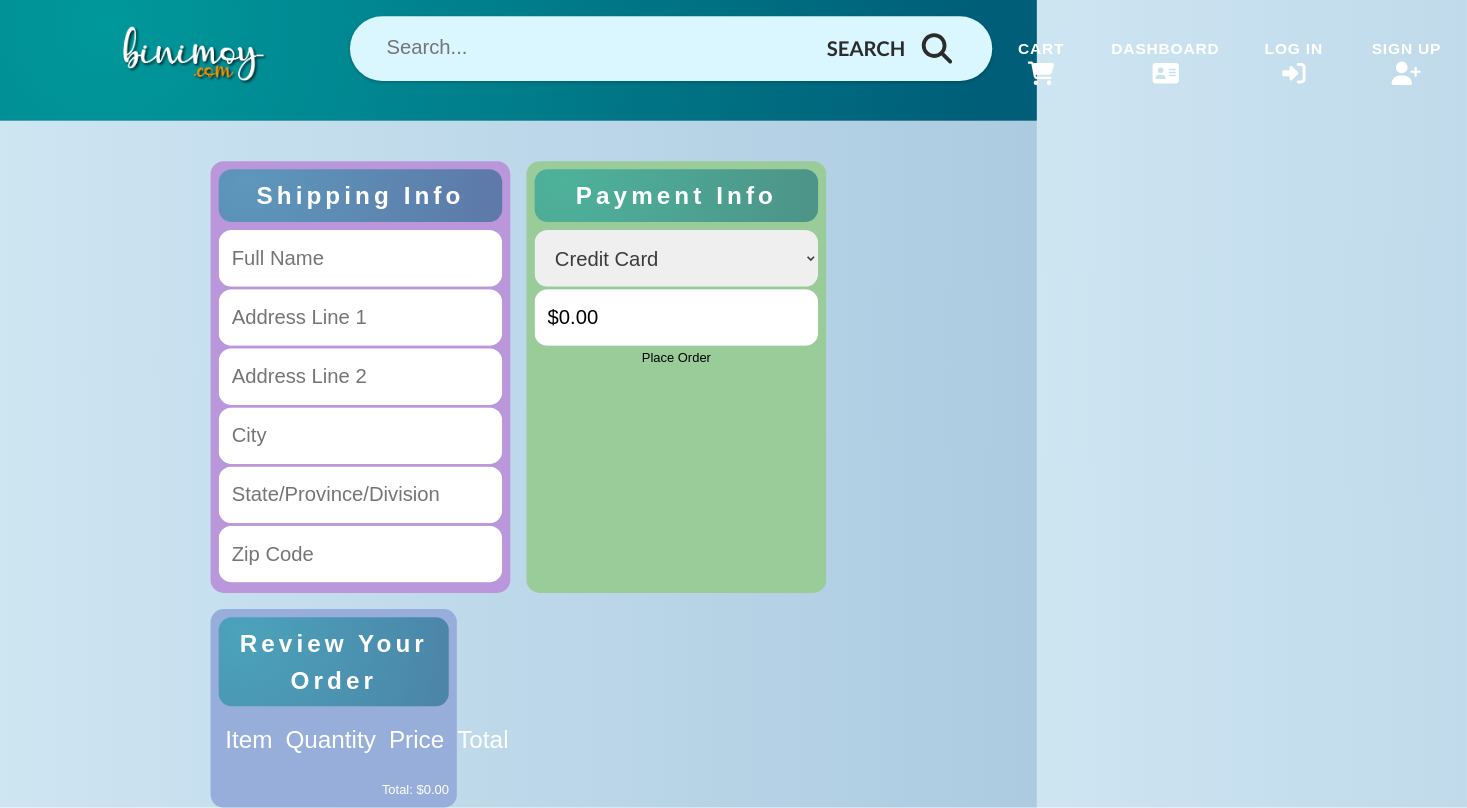
Repository: Shadman2024/2_1_DatabaseProject
Page: /checkout (app in frontend/)
An editor plug-in stored every save of this project. The page is shown before and after the next save, followed by the edit.
The browser window is 1280 px wide. The page is 1811 px wide, so the pictures cover 1811 px, including what lies to the right of the window. The pictures show the whole page, at 81% of full size.
Some web libraries are served in a nearby version. The project was rebuilt for these pictures with package versions that can differ from the ones it lists, and the page was loaded fresh each time. Also part of the build but not shown: frontend/src/App.css, frontend/src/signUp/signup.js, frontend/src/logIn/login.js, frontend/src/Home/home.module.css, frontend/src/Home/hero.js, frontend/src/Home/hero2.js, frontend/src/Home/hero3.js, frontend/src/Home/smallcategory.module.css and 31 more.

Above is the page before, as saved 2024-03-08 15:37:10.

### frontend/public/index.html
<!DOCTYPE html>
<html lang="en">

<head>
  <meta charset="utf-8" />
  <link rel="icon" href="%PUBLIC_URL%/favicon.ico" />
  <meta name="viewport" content="width=device-width, initial-scale=1" />
  <meta name="theme-color" content="#000000" />
  <meta name="description" content="Web site created using create-react-app" />
  <link rel="apple-touch-icon" href="%PUBLIC_URL%/logo192.png" />
  <!--
      manifest.json provides metadata used when your web app is installed on a
      user's mobile device or desktop. See https://developers.google.com/web/fundamentals/web-app-manifest/
    -->
  <link rel="manifest" href="%PUBLIC_URL%/manifest.json" />
  <link href="https://cdn.jsdelivr.net/npm/bootstrap@5.0.2/dist/css/bootstrap.min.css" rel="stylesheet"
    integrity="sha384-EVSTQN3/azprG1Anm3QDgpJLIm9Nao0Yz1ztcQTwFspd3yD65VohhpuuCOmLASjC" crossorigin="anonymous">
  <!--
      Notice the use of %PUBLIC_URL% in the tags above.
      It will be replaced with the URL of the `public` folder during the build.
      Only files inside the `public` folder can be referenced from the HTML.

      Unlike "/favicon.ico" or "favicon.ico", "%PUBLIC_URL%/favicon.ico" will
      work correctly both with client-side routing and a non-root public URL.
      Learn how to configure a non-root public URL by running `npm run build`.
    -->
  <title>React App</title>
</head>

<body style="background: linear-gradient(to right, #cee5f2, #accbe1);
/* Other styles */
margin: 0;
height: 100vh;
color: white;">
<!-- <body style="background: #1B1B1B"> -->


  <noscript>You need to enable JavaScript to run this app.</noscript>
  <div id="root"></div>
  <!--
      This HTML file is a template.
      If you open it directly in the browser, you will see an empty page.

      You can add webfonts, meta tags, or analytics to this file.
      The build step will place the bundled scripts into the <body> tag.

      To begin the development, run `npm start` or `yarn start`.
      To create a production bundle, use `npm run build` or `yarn build`.
    -->
  <script src="https://cdn.jsdelivr.net/npm/bootstrap@5.0.2/dist/js/bootstrap.bundle.min.js"
    integrity="sha384-MrcW6ZMFYlzcLA8Nl+NtUVF0sA7MsXsP1UyJoMp4YLEuNSfAP+JcXn/tWtIaxVXM"
    crossorigin="anonymous"></script>
  <script src="https://cdn.jsdelivr.net/npm/@popperjs/core@2.9.2/dist/umd/popper.min.js"
    integrity="sha384-IQsoLXl5PILFhosVNubq5LC7Qb9DXgDA9i+tQ8Zj3iwWAwPtgFTxbJ8NT4GN1R8p"
    crossorigin="anonymous"></script>
  <script src="https://cdn.jsdelivr.net/npm/bootstrap@5.0.2/dist/js/bootstrap.min.js"
    integrity="sha384-cVKIPhGWiC2Al4u+LWgxfKTRIcfu0JTxR+EQDz/bgldoEyl4H0zUF0QKbrJ0EcQF"
    crossorigin="anonymous"></script>
  <script src="https://code.jquery.com/jquery-3.2.1.slim.min.js"
    integrity="sha384-KJ3o2DKtIkvYIK3UENzmM7KCkRr/rE9/Qpg6aAZGJwFDMVNA/GpGFF93hXpG5KkN"
    crossorigin="anonymous"></script>
  <script src="https://cdnjs.cloudflare.com/ajax/libs/popper.js/1.12.3/umd/popper.min.js"
    integrity="sha384-vFJXuSJphROIrBnz7yo7oB41mKfc8JzQZiCq4NCceLEaO4IHwicKwpJf9c9IpFgh"
    crossorigin="anonymous"></script>
  <script src="https://maxcdn.bootstrapcdn.com/bootstrap/4.0.0-beta.2/js/bootstrap.min.js"
    integrity="sha384-alpBpkh1PFOepccYVYDB4do5UnbKysX5WZXm3XxPqe5iKTfUKjNkCk9SaVuEZflJ"
    crossorigin="anonymous"></script>


</body>

</html>

### frontend/src/index.css
*{
  margin: 0;
  outline: none;
}
body {
  margin: 0;
  font-family: -apple-system, BlinkMacSystemFont, 'Segoe UI', 'Roboto', 'Oxygen',
    'Ubuntu', 'Cantarell', 'Fira Sans', 'Droid Sans', 'Helvetica Neue',
    sans-serif;
  -webkit-font-smoothing: antialiased;
  -moz-osx-font-smoothing: grayscale;
}

code {
  font-family: source-code-pro, Menlo, Monaco, Consolas, 'Courier New',
    monospace;
}
html {
  scroll-behavior: smooth;
  position: relative;
  min-height: 100%;
  overflow-x: hidden;
}

### frontend/src/signUp/signup.module.css

.login_box {
  position: absolute;
  top: 50%;
  left: 50%;
  width: 400px;
  padding: 40px;
  margin: 20px auto;
  transform: translate(-50%, -55%);
  background-image: radial-gradient( circle farthest-corner at 10% 20%,  rgba(0,152,155,1) 0.1%, rgba(0,94,120,1) 94.2% );
  box-sizing: border-box;
  box-shadow: 0 15px 25px rgba(0,0,0,.6);
  border-radius: 10px;
  color: #ffffff;
  font-size: large;
  /* padding-left: 100px;
  padding-right: 100px; */
}
.login_box .user_box {
  position: relative;
}

.login_box .user_box input {
  width: 100%;
  padding: 10px 0;
  font-size: 16px;
  color: #fffdfd;
  margin-bottom: 30px;
  border: none;
  /* background-color: #0F1F2A; */
  border-bottom: 1px solid #ffffff;
  outline: none;
  background: transparent;
  font-size: larger;
  /* font-weight: bolder; */
}

.login_box .user_box label {
  position: absolute;
  top: -20px;
  left: 0;
  padding: 10px 0;
  font-size: 20px;
  color: #ffffff;
  /* background-color: #2E5D7F; */
  pointer-events: none;
  transition: .5s;
  font-size: large;
  /* padding: 0px;
  padding-left: 20%;
  padding-right: 20%; */
  font-weight: bold;
}

.login_box .user_box input:focus ~ label,
.login_box .user_box input:valid ~ label {
  /* top: -20px; */
  left: 0;
  color: #ffffff;
  font-size: 20px;
  /* background-color: #242424; */
  padding: 0px;
  padding-left: 10px;
  padding-right: 10px;
  font-weight: bolder;
}


.login_box p:first-child {
  margin: 0 0 30px;
  padding: 0;
  color: #ffffff;
  text-align: center;
  font-size: 1.5rem;
  font-weight: bold;
  letter-spacing: 1px;
  padding-bottom: 30px;
}




.animated_button {
  position: relative;
  display: inline-block;
  padding: 12px 24px;
  border: none;
  font-size: 16px;
  background-color: inherit;
  border-radius: 100px;
  font-weight: 600;
  color: #ffffff;
  box-shadow: 0 0 0 2px #ffffff00;
  cursor: pointer;
  overflow: hidden;
  transition: all 0.6s cubic-bezier(0.23, 1, 0.320, 1);
  text-align: center;
  font-size: 1.2rem;
  /* font-weight: bold; */
  letter-spacing: 1px;
  /* padding-bottom: 30px; */
}

.animated_button span:last-child {
  position: absolute;
  top: 50%;
  left: 50%;
  transform: translate(-50%, -50%);
  width: 20px;
  height: 20px;
  background-color: #fff;
  /* color: #000; */
  border-radius: 50%;
  opacity: 0;
  transition: all 0.8s cubic-bezier(0.23, 1, 0.320, 1);
}

.animated_button span:first-child {
  position: relative;
  z-index: 1;
}

.animated_button:hover {
  box-shadow: 0 0 0 3px #ffffff;
  color: #2F0332;
}

.animated_button:active {
  scale: 0.95;
}

.animated_button:hover span:last-child {
  width: 150px;
  height: 150px;
  opacity: 1;
}

input {
  color: white;
  background-color: black;
}

::-ms-reveal {
  filter: invert(100%);
}

/* Chrome, Safari, Edge, Opera */
input::-webkit-outer-spin-button,
input::-webkit-inner-spin-button {
-webkit-appearance: none;
margin: 0;
}

### frontend/src/logIn/login.module.css


.login_box {
  position: absolute;
  top: 50%;
  left: 50%;
  width: 400px;
  padding: 40px;
  margin: 20px auto;
  transform: translate(-50%, -55%);
  background-image: radial-gradient( circle farthest-corner at 10% 20%,  rgba(0,152,155,1) 0.1%, rgba(0,94,120,1) 94.2% );
  box-sizing: border-box;
  box-shadow: 0 15px 25px rgba(0, 0, 0, .6);
  border-radius: 10px;
  color: #ffffff;
  font-size: large;
  /* padding-left: 100px;
  padding-right: 100px; */
}

.login_box .user_box {
  position: relative;
}

.login_box .user_box input {
  width: 100%;
  padding: 10px 0;
  font-size: 16px;
  color: #fffdfd;
  margin-bottom: 30px;
  border: none;
  /* background-color: #0F1F2A; */
  border-bottom: 1px solid #ffffff;
  outline: none;
  background: transparent;
  font-size: larger;
  /* font-weight: bolder; */
}

.login_box .user_box label {
  position: absolute;
  top: -20px;
  left: 0;
  padding: 10px 0;
  font-size: 20px;
  color: #ffffff;
  /* background-color: #2E5D7F; */
  pointer-events: none;
  transition: .5s;
  font-size: large;
  /* padding: 0px;
  padding-left: 20%;
  padding-right: 20%; */
  font-weight: bold;
}

.login_box .user_box input:focus~label,
.login_box .user_box input:valid~label {
  /* top: -20px; */
  left: 0;
  color: #ffffff;
  font-size: 20px;
  /* background-color: #242424; */
  padding: 0px;
  padding-left: 10px;
  padding-right: 10px;
  font-weight: bolder;
}


.login_box p:first-child {
  margin: 0 0 30px;
  padding: 0;
  color: #ffffff;
  text-align: center;
  font-size: 1.5rem;
  font-weight: bold;
  letter-spacing: 1px;
  padding-bottom: 30px;
}




.animated_button {
  position: relative;
  display: inline-block;
  padding: 12px 24px;
  border: none;
  font-size: 16px;
  background-color: inherit;
  border-radius: 100px;
  font-weight: 600;
  color: #ffffff;
  box-shadow: 0 0 0 2px #ffffff00;
  cursor: pointer;
  overflow: hidden;
  transition: all 0.6s cubic-bezier(0.23, 1, 0.320, 1);
  text-align: center;
  font-size: 1.2rem;
  /* font-weight: bold; */
  letter-spacing: 1px;
  /* padding-bottom: 30px; */
}

.animated_button span:last-child {
  position: absolute;
  top: 50%;
  left: 50%;
  transform: translate(-50%, -50%);
  width: 20px;
  height: 20px;
  background-color: #fff;
  /* color: #000; */
  border-radius: 50%;
  opacity: 0;
  transition: all 0.8s cubic-bezier(0.23, 1, 0.320, 1);
}

.animated_button span:first-child {
  position: relative;
  z-index: 1;
}

.animated_button:hover {
  box-shadow: 0 0 0 3px #ffffff;
  color: #2F0332;
}

.animated_button:active {
  scale: 0.95;
}

.animated_button:hover span:last-child {
  width: 150px;
  height: 150px;
  opacity: 1;
}

input {
  color: white;
  background-color: black;
}

::-ms-reveal {
  filter: invert(100%);
}

### frontend/src/dashboard/dashboard.module.css
body {
    /* font-family: Arial, sans-serif; */
    margin: 0;
    padding: 0;
    box-sizing: border-box;
    /* font-size: larger; */
}

.container {
    font-size: 30px;
    display: flex;
    justify-content: space-around;
    margin: 20px;
    margin-left: 130px;
    margin-right: 130px;
}

.user_info,
.order_info {
    flex-basis: 45%;
    padding: 20px;
    box-shadow: 0 0 10px rgba(0, 0, 0, 0.1);
}


.user_photo {
    width: 200px;
    height: 200px;
    object-fit: cover;
    border-radius: 50%;
    margin-bottom: 20px;
}

h2 {
    color: #333;
    margin-bottom: 15px;
}

p {
    line-height: 1.6;
    color: #666;
}

strong {
    color: #333;
}

@media (max-width: 768px) {
    .container {
        flex-direction: column;
        align-items: center;
    }

    .user-info,
    .order-info {
        flex-basis: 90%;
    }
}

.title {
    /* Add styles for your title here */
    margin-bottom: 10px;
    /* Example space between title and wrapper */
    font-size: 30px;
    color: rgb(255, 255, 255);
    font-weight: bolder;
    padding-left: 200px;
    background-image: radial-gradient( circle farthest-corner at 10% 20%,  rgba(0,152,155,1) 0.1%, rgba(0,94,120,1) 94.2% );
    margin-top: 0px;
    letter-spacing: 5px;
}

.animated_button {
    position: relative;
    display: inline-block;
    padding: 12px 24px;
    border: none;
    font-size: 16px;
    background-color: rgb(71, 0, 73);
    border-radius: 100px;
    font-weight: 600;
    color: rgb(255, 255, 255);
    box-shadow: 0 0 0 2px #ffffff00;
    cursor: pointer;
    overflow: hidden;
    transition: all 0.6s cubic-bezier(0.23, 1, 0.320, 1);
    text-align: center;
    font-size: 1.2rem;
    /* font-weight: bold; */
    letter-spacing: 1px;
    /* padding-bottom: 30px; */
}

.animated_button span:last-child {
    position: absolute;
    top: 50%;
    left: 50%;
    transform: translate(-50%, -50%);
    width: 20px;
    height: 20px;
    background-color: rgb(71, 0, 73);
    /* color: #000; */
    border-radius: 50%;
    opacity: 0;
    transition: all 0.8s cubic-bezier(0.23, 1, 0.320, 1);
}

.animated_button span:first-child {
    position: relative;
    z-index: 1;
}

.animated_button:hover {
    box-shadow: 0 0 0 3px #ffffff;
    color: #2F0332;
}

.animated_button:active {
    scale: 0.95;
}

.animated_button:hover span:last-child {
    width: 150px;
    height: 150px;
    opacity: 1;
}
.userDetails {
    margin-bottom: 10px;
    color: #0f0f0f;
    font-size: 30px;
}

.userDetails strong {
    color: #2c2c2c;
    font-weight: bold;
}
.user_photo{
    margin-top: 10px;
}

.userDetail {
    display: flex;
    align-items: center;
    margin-bottom: 10px;
}

.detailLabel, .detailValue {
    margin-right: 100px;
}

.detailLabel {
    /* If you want the labels to have a fixed width for alignment */
    width: 220px;
    font-weight: bold;
    color: #000;
}

.detailValue {
    flex-grow: 1;
    color: #333;
}

/* Your existing styles */

### frontend/src/orders/orders.module.css
/* orders.module.css */
.orders_container {
  padding: 20px;
  /* background: #f5f5f5; */
  border-radius: 8px;
  /* box-shadow: 0 2px 4px rgba(0,0,0,0.1); */
  margin-left: 250px;
  margin-right: 250px;
  margin-left: 250px;
  margin-top: 40px;
  margin-right: 250px;
  padding: 20px;
  /* background-color: #f9f9f9; */
  border-radius: 8px;
  box-shadow: 0 2px 4px rgba(0,0,0,0.3);
  background-color: #97adda;
}

.title {
  font-size: 30px;;
  color: rgb(255, 255, 255);
  font-weight: bolder;
  background-image: radial-gradient( circle farthest-corner at 10% 20%,  rgba(0,152,155,50%) 0.1%, rgba(0,94,120,50%) 94.2% );
  margin-top: 0px;
  /* background-color: #ba96db; */
  letter-spacing: 5px;
  margin-bottom: 0px;
  padding-bottom: 0px;
  border-radius: 0.5rem;
  padding: 10px;
  text-align: center;
  border-radius: 1rem 1rem 1rem 1rem;
  margin-bottom: 10px;
}

.order {
  /* background: #ffffff; */
  padding: 15px;
  margin-bottom: 20px;
  /* border-radius: 8px; */
  /* box-shadow: 0 1px 3px rgba(0,0,0,0.12), 0 1px 2px rgba(0,0,0,0.24); */
  font-size: 20px;
  border-radius: 1rem 1rem 1rem 1rem;
  background-color: white;
}

.order h3 {
  color: #0275d8;
  font-size: 20px;
  margin-top: 0;
  margin-bottom: 10px;
}

.order p {
  color: #313131;
  margin: 5px 0;
}

ul {
  list-style-type: none;
  padding: 0;
}

li {
  margin: 5px 0;
  color: #363636;
}

strong {
  color: #333;
}

/* Specific styles for shipping and payment sections */
.order > div {
  margin-top: 10px;
  padding-top: 10px;
  border-top: 1px solid #eee;
}

/* Adjust the below properties as per your UI requirements */
.orders_table {
  width: 100%;
  border-collapse: collapse;
}

.orders_table th, .orders_table td {
  text-align: left;
  padding: 8px;
  border-bottom: 1px solid #ddd;
}

.orders_table th {
  background-color: #f9f9f9;
}
.orders_table {
  width: 100%;
  margin-top: 10px;
  border-collapse: collapse;
}

.orders_table th, .orders_table td {
  text-align: left;
  padding: 8px;
  border-bottom: 1px solid #ddd;
}

.orders_table th {
  background-color: teal;
  /* color: #313131; */
}
.orders_table td {
  background-color: #e0e0e0;
  color: #313131;
}

### frontend/src/checkout/checkout.module.css
.container{
    /* display: flex; */
    margin-left: 250px;
    margin-right: 250px;
    margin-top: 40px;
    align-items: center;
}
.container2{
    display: flex;
    /* margin-top: 40px; */
}
.cartReview{
    background-color: #97adda;
    padding: 10px;
    width: 39%;
    margin: 10px;
    border-radius: 1rem 1rem 1rem 1rem;
}
.shipping{
    background-color: #ba96db;
    padding: 10px;
    width: 50%;
    margin: 10px;
    border-radius: 1rem 1rem 1rem 1rem;
}
.payment{
    background-color: #9acc9a;
    padding: 10px;
    width: 50%;
    margin: 10px;
    border-radius: 1rem 1rem 1rem 1rem;
    margin-bottom: 10px;
}
.title {
    font-size: 30px;;
    color: rgb(255, 255, 255);
    font-weight: bolder;
    background-image: radial-gradient( circle farthest-corner at 10% 20%,  rgba(0,152,155,50%) 0.1%, rgba(0,94,120,50%) 94.2% );
    margin-top: 0px;
    /* background-color: #ba96db; */
    letter-spacing: 5px;
    margin-bottom: 0px;
    padding-bottom: 0px;
    border-radius: 0.5rem;
    margin-bottom: 10px;
    padding: 10px;
    text-align: center;
    border-radius: 1rem 1rem 1rem 1rem;
}
.checkoutForm {
    display: flex;
    flex-direction: column;
    /* gap: 10px;  */
}
input{
    background-color: #ffffff;
    border: 1px solid #9acc9a00;
    color: black;
    height: 70px;
    border-radius: 1rem 1rem 1rem 1rem;
    margin-bottom: 3px;
}
input[type="text"] {
    padding: 8px 15px;
    /* margin: 8px 0;  */
    display: inline-block;
    /* border: 1px solid #ccc;  */
    /* border-radius: 4px;  */
    box-sizing: border-box;
    /* text-align: center; */
    font-size: 25px;
    width: 100%;
}
input[type="text"]:focus {
    border-color: #4CAF50;
    outline: none;
}


.formGroup select {
    /* background-image: url('data:[embedded picture, 189 characters]'); */
    background-repeat: no-repeat;
    background-position: right 10px center; /* Positions the arrow to the right */
    background-size: 12px 12px; /* Size of the arrow */
    height: 70px;
    border-radius: 1rem 1rem 1rem 1rem;
    border: 1px solid #9acc9a00;
    margin-bottom: 3px;
    width: 100%;
    font-size: 25px;
    color: rgb(59, 59, 59);
    padding-left: 20px;
}

/* Focus style */
.formGroup select:focus {
    border-color: #4CAF50; /* Example focus color */
    outline: none; /* Removes default focus outline */
}

/* If you have a label */
.formGroup label {
    margin-bottom: 5px; /* Space between label and select */
    font-weight: bold; /* Optional: makes label text bold */
    font-size: 25px;
  }

  .reviewTable {
    width: 100%;
    /* margin-left: 20%; */
    /* margin-right: 20%; */
    border-collapse: collapse;
    margin-bottom: 20px;
  }

  .reviewTable th,
  .reviewTable td {
    text-align: left;
    padding: 8px;
    /* border-bottom: 1px solid #ddd; */
  }

  .reviewTable th {
    /* background-color: rgb(189, 145, 238); */
    font-size: 30px;
    font-weight: normal;
  }

  .reviewTable tr:hover {
    background-color: teal;
  }

  .totalAmount {
    font-weight: lighter;
    text-align: right;
    margin-top: 10px;
    /* text-align: center; */
  }

### frontend/src/Home/hero.module.css
.hero {
    /* height: 100vh; */
    background: linear-gradient(180deg, #fde1ff, #e1ffea22 60%);
    display: flex;
    margin-bottom: 25px;
}

.hero_left {
    flex: 1;
    display: flex;
    flex-direction: column;
    /* justify-content: center; */
    padding-top: 10px;
    gap: 2px;
    padding-left: 10px;
    line-height: 1.1;
}

.hero_left h2 {
    color: rgb(41, 0, 35);
    font-size: 26 px;
    font-weight: 600;
}

.hero_left p {
    color: rgb(50, 0, 54);
    font-size: 100px;
    font-weight: 600;
}

.hero_hand_icon {
    display: flex;
    align-items: center;
    gap: 20px;
}

.image {
    /* max-width: 100%; */
    width: 199%;
    height: 500px;
    display: block; /* Ensure images resize within their container */
    border: 2px solid black;
    border-radius: 0.4rem;
  }

/* .hero-latest-btn{
    display: flex;
    justify-content: center;
    align-items: center;
    gap: 15px;
    width: 310px;
    height: 70px;
    background: #3d1a3f;
    color: white;
    font-size: 22px;
    font-weight: 500;

} */

.hero_right {
    flex: 1;
    display: flex;
    align-items: center;
    justify-content: center;
}

button {
    position: relative;
    display: inline-block;
    cursor: pointer;
    outline: none;
    border: 0;
    vertical-align: middle;
    text-decoration: none;
    background: transparent;
    padding: 0;
    font-size: inherit;
    font-family: inherit;
}

button.learn_more {
    width: 12rem;
    height: auto;
}

button.learn_more .circle {
    transition: all 0.45s cubic-bezier(0.65, 0, 0.076, 1);
    position: relative;
    display: block;
    margin: 0;
    width: 3rem;
    height: 3rem;
    background: #ffffff;
    border-radius: 1.625rem;
}

button.learn_more .circle .icon {
    transition: all 0.45s cubic-bezier(0.65, 0, 0.076, 1);
    position: absolute;
    top: 0;
    bottom: 0;
    margin: auto;
    background: #ffffff;
}

button.learn_more .circle .icon {
    transition: all 0.45s cubic-bezier(0.65, 0, 0.076, 1);
    left: 0.625rem;
    width: 1.125rem;
    height: 0.125rem;
    background: none;
}

button.learn_more .circle .icon::before {
    position: absolute;
    content: "";
    top: -0.29rem;
    right: 0.0625rem;
    width: 0.625rem;
    height: 0.625rem;
    border-top: 0.125rem solid #020202;
    border-right: 0.125rem solid #000000;
    transform: rotate(45deg);
}

button.learn_more .button_text {
    transition: all 0.45s cubic-bezier(0.65, 0, 0.076, 1);
    position: absolute;
    top: 0;
    left: 0;
    right: 0;
    bottom: 0;
    padding: 0.75rem 0;
    margin: 0 0 0 1.85rem;
    color: #ffffff;
    font-weight: 700;
    line-height: 1.6;
    text-align: center;
    text-transform: uppercase;
}

button:hover .circle {
    width: 100%;
}

button:hover .circle .icon{
    background: #000000;
    transform: translate(1rem, 0);
}

button:hover .button_text {
    color: #000000;
}

Loaded but not shown: frontend/src/checkout/checkout.js (127 lines, source omitted); frontend/src/NavBar/nav.js (82 lines, source omitted); frontend/src/App.js (81 lines, source omitted); frontend/src/index.js (10 lines, source omitted); frontend/src/seach/search.module.css (299 lines, source omitted); frontend/src/NavBar/nav.module.css (307 lines, source omitted); frontend/src/Home/hero2.module.css (153 lines, source omitted); frontend/src/Home/hero3.module.css (153 lines, source omitted); frontend/src/admin/admin.module.css (no stored copy; drawn as an empty file)

After the next save:
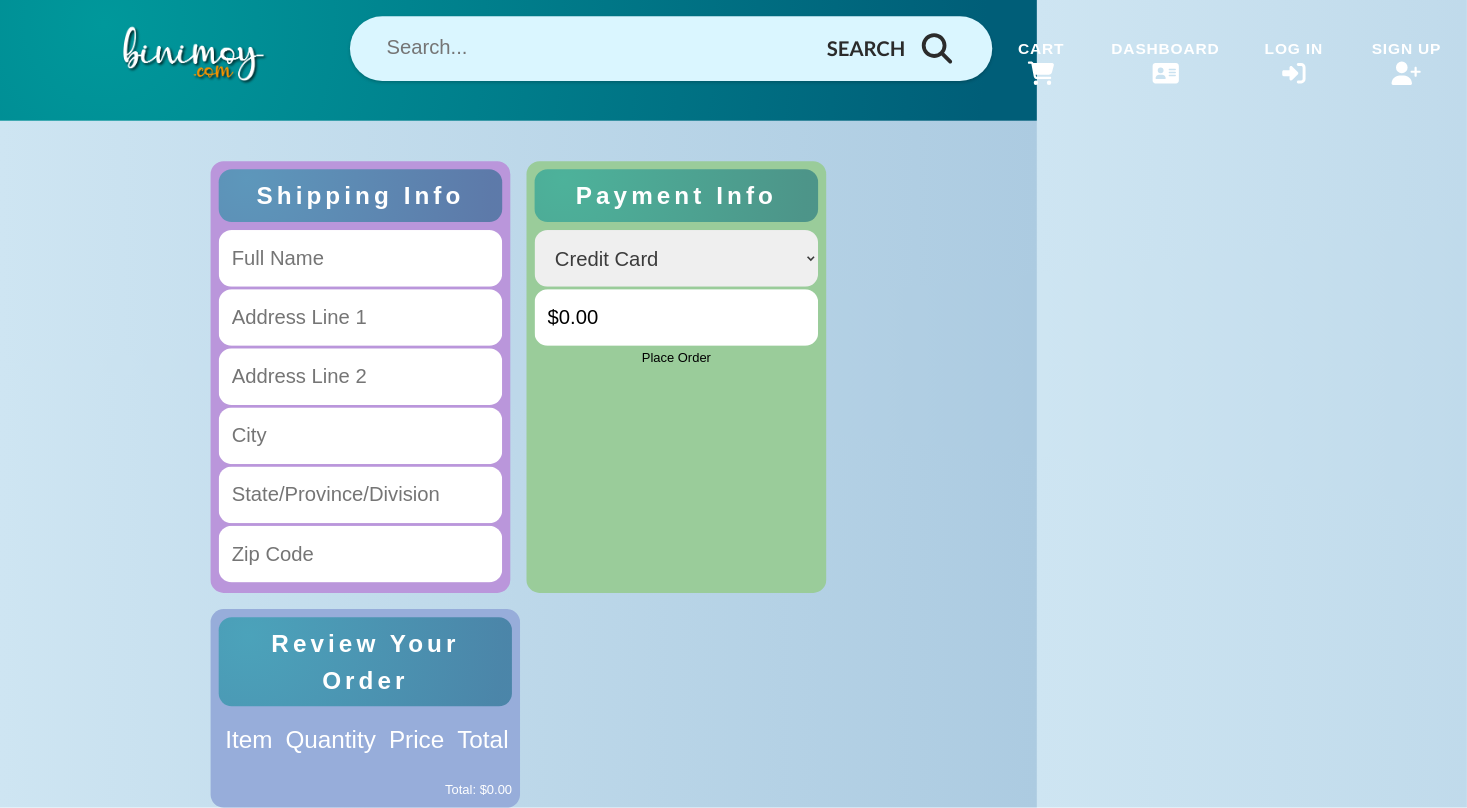
Saved 5 s later.
--- a/frontend/src/checkout/checkout.module.css
+++ b/frontend/src/checkout/checkout.module.css
@@ -12,7 +12,7 @@
 .cartReview{
     background-color: #97adda;
     padding: 10px;
-    width: 39%;
+    width: 49%;
     margin: 10px;
     border-radius: 1rem 1rem 1rem 1rem;
 }
